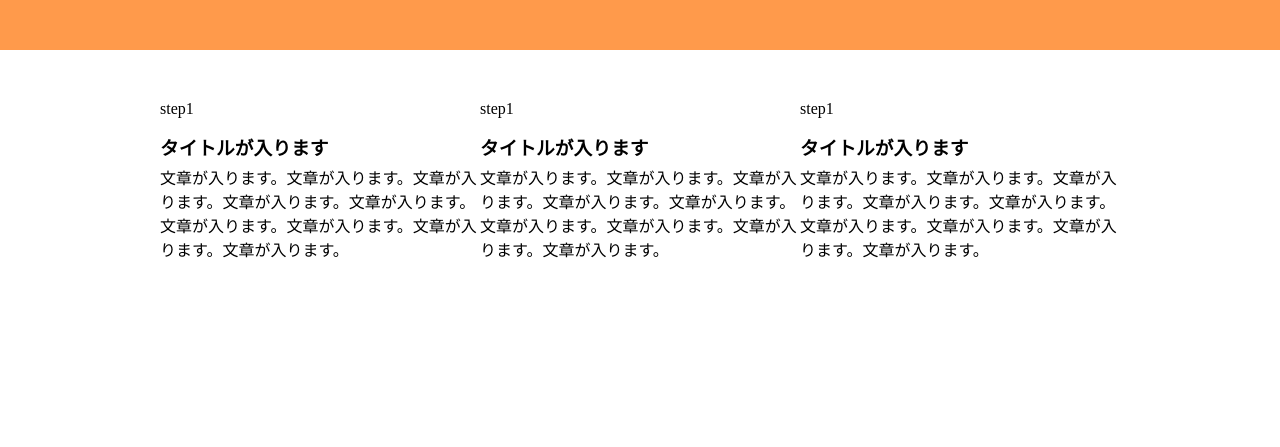
Repository: Tyubyasa/abc
Page: chapter9-2/chapter9-2.html
The author's editor kept a record of every edit. The page is drawn from the files as they stood at one moment, then again after the next edit.
The browser window is 1280 px wide. The pictures show the whole page.

Above is the page before.

### chapter9-2/chapter9-2.html
<!DOCTYPE html>
<html lang="ja">
  <head>
    <meta charset="UTF-8" />
    <!-- CSSファイルの読み込み -->
    <link rel="stylesheet" href="chapter9-2.css" />
    <title>chapter9-2</title>
 </head>

 <body>
        <!-- header -->
    <header>

    </header>
    <!-- main用のdiv -->
    <main>
      <div class="container">
        <div class="step">step1</div>
        <div class="content">

          <div class="image1"></div>
          <h3 class="title">タイトルが入ります</h3>
          <p>文章が入ります。文章が入ります。文章が入ります。文章が入ります。文章が入ります。文章が入ります。文章が入ります。文章が入ります。文章が入ります。</p>
        </div>
      </div>
      <div class="container">
        <div class="step">step1</div>
        <div class="content">

          <div class="image1"></div>
          <h3 class="title">タイトルが入ります</h3>
          <p>文章が入ります。文章が入ります。文章が入ります。文章が入ります。文章が入ります。文章が入ります。文章が入ります。文章が入ります。文章が入ります。</p>
        </div>
      </div>
      <div class="container">
        <div class="step">step1</div>
        <div class="content">

          <div class="image1"></div>
          <h3 class="title">タイトルが入ります</h3>
          <p>文章が入ります。文章が入ります。文章が入ります。文章が入ります。文章が入ります。文章が入ります。文章が入ります。文章が入ります。文章が入ります。</p>
        </div>
      </div>
</body>
</section>
</main>
</html>

### chapter9-2/chapter9-2.css
* {
  box-sizing: border-box;
  margin: 0;
  padding: 0;
}

header {
  height: 50px;
  background-color: #ff9a4b;
}

main {
  width: 960px;
  margin: 50px auto;
  display: flex;
}

.step-box {
  width: 300px;
  margin-right: 30px;
  padding: 10px;
  position: relative;
  background-color: #eee;
}

.step-box:last-child {
  margin-right: 0;
}

.step-img1 {
  height: 150px;
  background-image: url(img/flow01.png);
  background-position: bottom;
  background-size: cover;
}

.step-img2 {
  height: 150px;
  background-image: url(img/flow02.png);
  background-position: bottom;
  background-size: cover;
}

.step-img3 {
  height: 150px;
  background-image: url(img/flow03.png);
  background-position: bottom;
  background-size: cover;
}

.step-num {
  position: absolute;
  top: 0;
  left: 0;
  background-color: #ff9a4b;
  color: #fff;
}

.title {
  margin: 15px 0 5px;
}

footer {
  height: 50px;
  background-color: #aaa;
}

@media screen and (max-width: 768px) {
main {
  width: 100%;
  display: block;
}
stepbox{
  width: 90%;
  padding: 20px;
}
}

After the next edit:
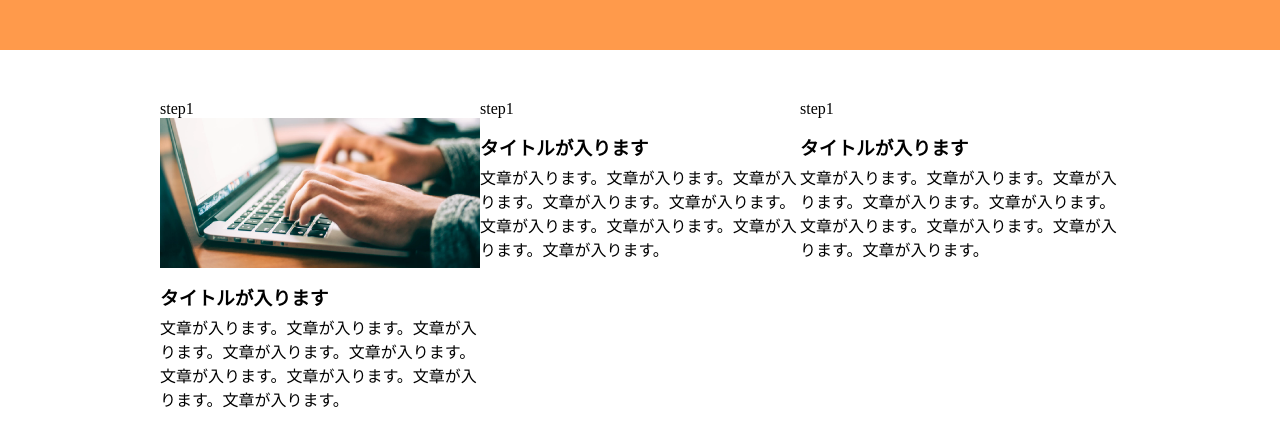
The edit:
--- a/chapter9-2/chapter9-2.html
+++ b/chapter9-2/chapter9-2.html
@@ -18,7 +18,7 @@
         <div class="step">step1</div>
         <div class="content">
 
-          <div class="image1"></div>
+          <div class="step-img1"></div>
           <h3 class="title">タイトルが入ります</h3>
           <p>文章が入ります。文章が入ります。文章が入ります。文章が入ります。文章が入ります。文章が入ります。文章が入ります。文章が入ります。文章が入ります。</p>
         </div>
